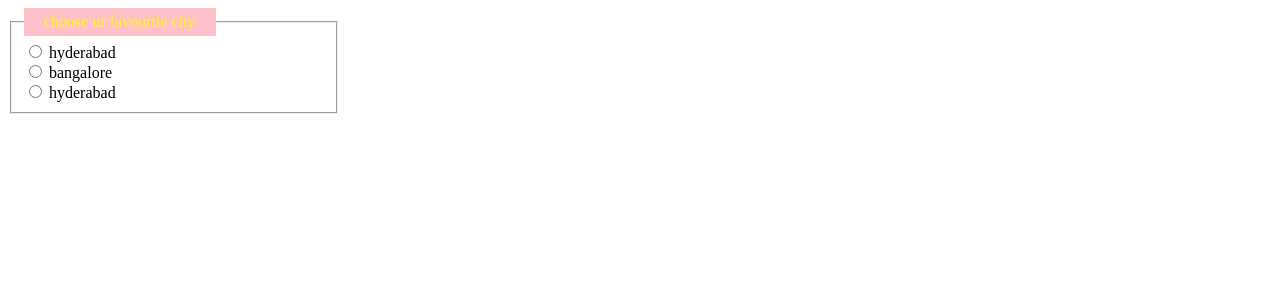
Repository: viveknaidu007/repo-113-HTML
Page: 16.html
These files come from the project's save history. The page is drawn as it stood at one moment and after the next save; the edit follows.
The browser window is 1280 px wide. The pictures show the whole page.

Above is the page before, as saved 2024-06-25 20:08:11.

After the next save:
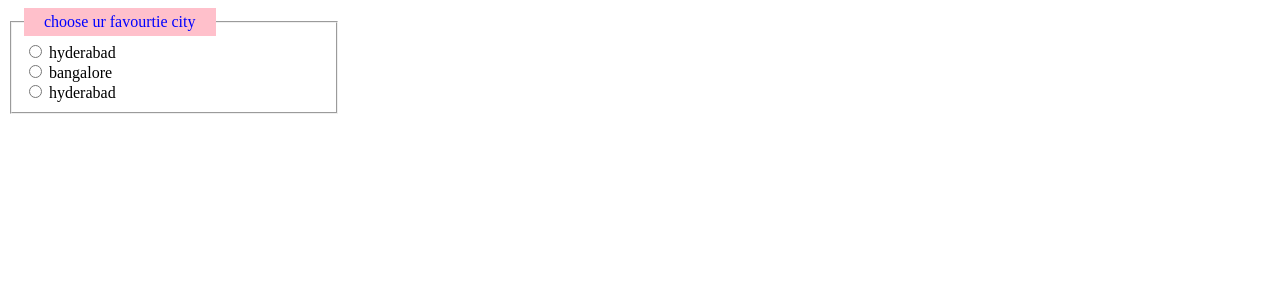
Saved 22 s later.
--- a/16.html
+++ b/16.html
@@ -13,7 +13,7 @@
 
             legend{
                 background-color: pink;
-                color: yellow;
+                color:blue;
                 padding: 5px 20px;
             }
         </style>
